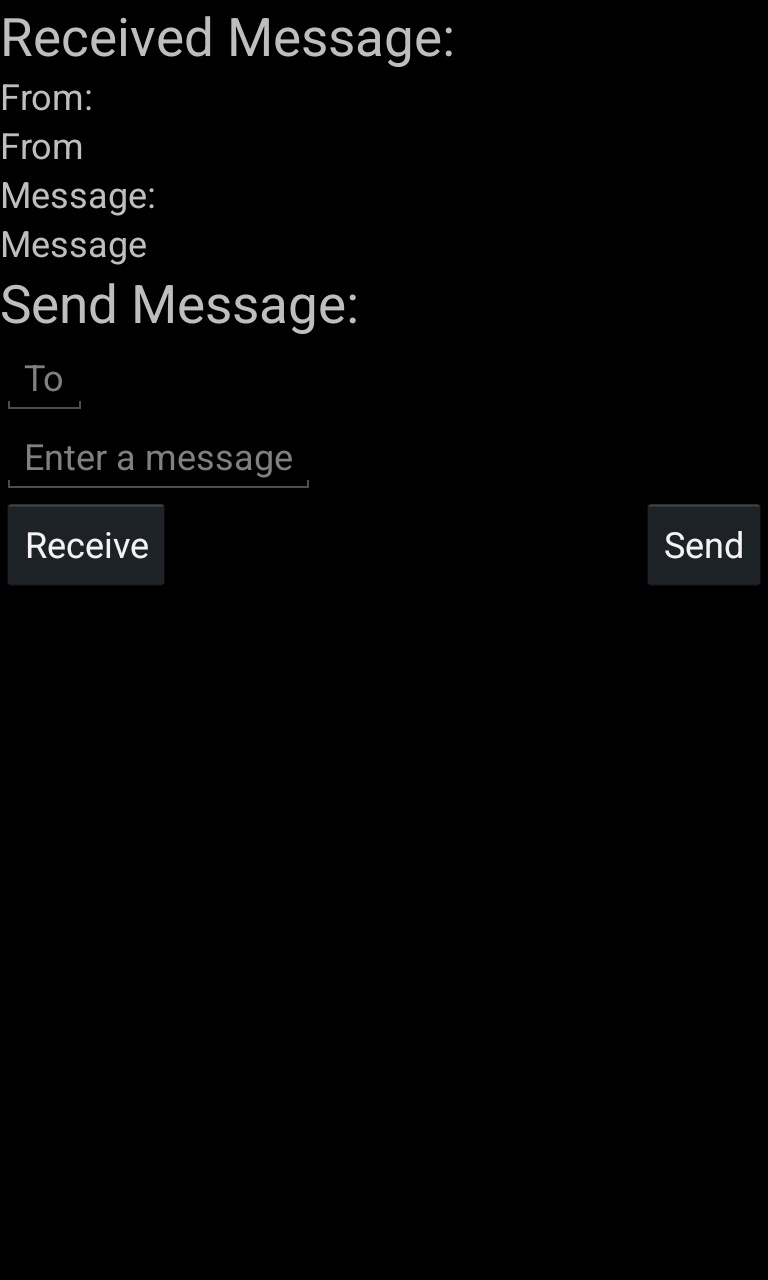
Repository: tomcynicholls/ThirdYearProject
Layout: JavaCode/App/res/layout/main.xml
These files come from the project's save history. The layout is drawn as it stood at one moment and after the next save; the edit follows.
It is drawn on a 768 x 1280 px phone screen (xhdpi) without system bars, with theme android:Theme.Holo; the app's code is not run.

Above is the layout before, as saved 2013-01-28 22:25:05.

After the next save:
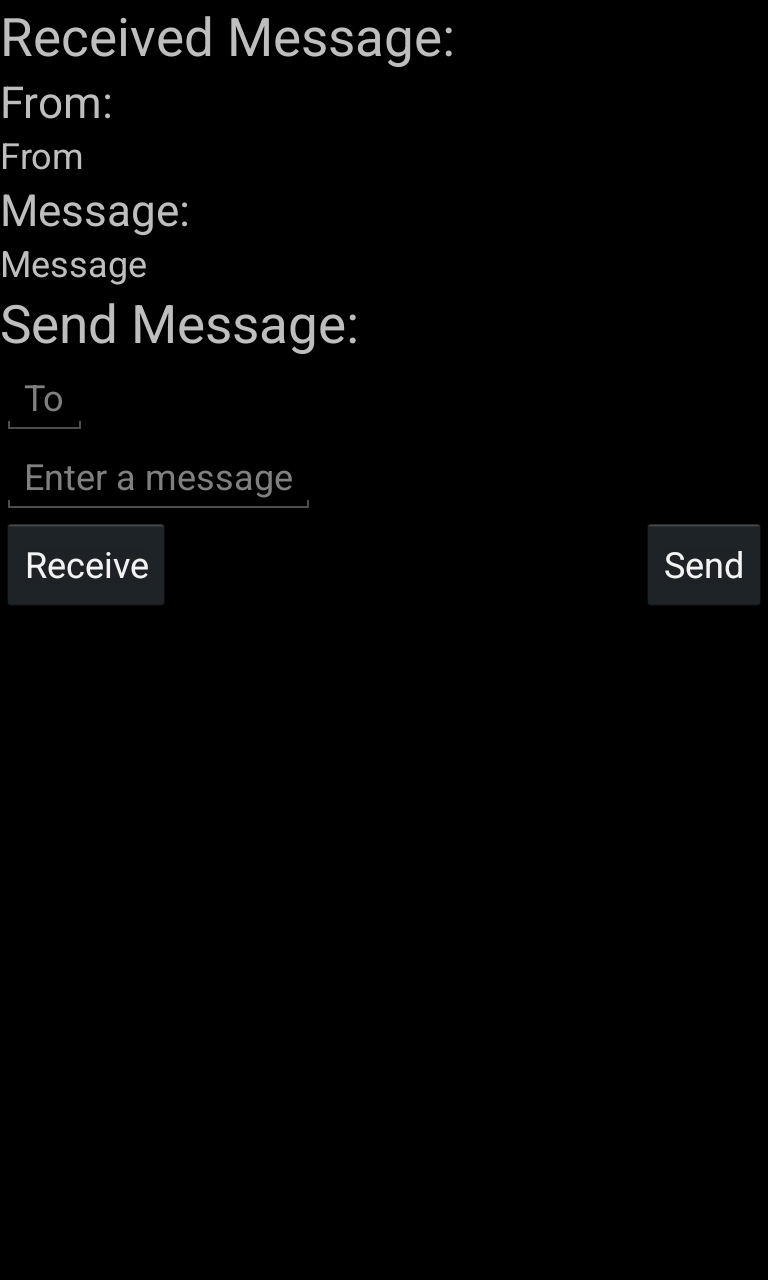
Saved 17 s later.
--- a/JavaCode/App/res/layout/main.xml
+++ b/JavaCode/App/res/layout/main.xml
@@ -16,7 +16,7 @@
         android:id="@+id/textview_fromtitle"
         android:layout_width="wrap_content"
         android:layout_height="wrap_content"
-        android:textSize="8pt"
+        android:textSize="10pt"
         android:text="@string/fromtitle" />
 
     <TextView
@@ -30,7 +30,7 @@
         android:id="@+id/textview_messagetitle"
         android:layout_width="wrap_content"
         android:layout_height="wrap_content"
-        android:textSize="8pt"
+        android:textSize="10pt"
         android:text="@string/messagetitle" />
 
      <TextView
